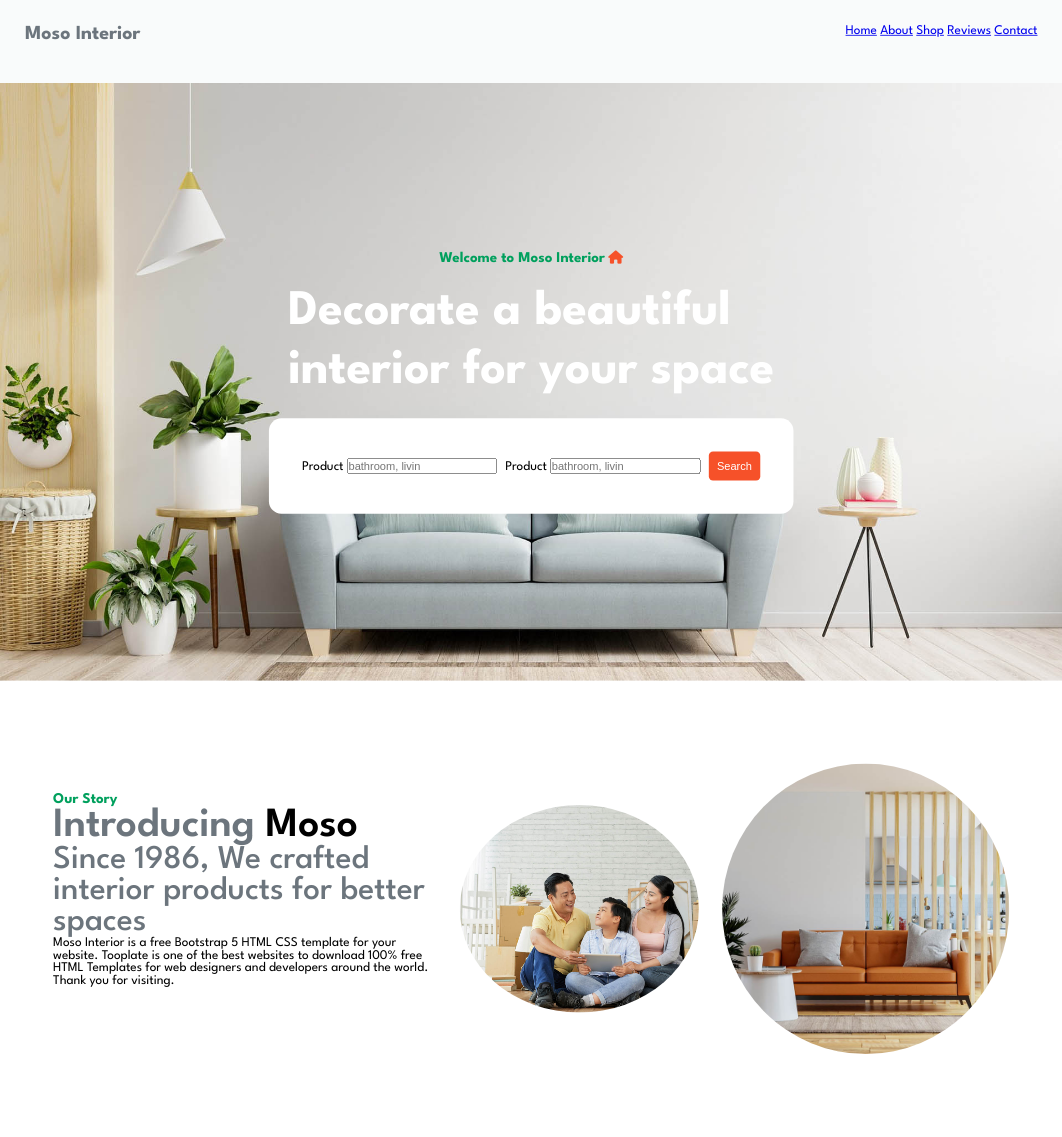
Repository: mariamnabil23/furniture
Page: index.html
An editor plug-in stored every save of this project. The page is shown before and after the next save, followed by the edit.
The browser window is 1280 px wide. The pictures show the whole page, at 83% of full size.
Some web fonts or font styles are not loaded; a fallback is used.

Above is the page before, as saved 2024-10-30 16:23:55.

After the next save:
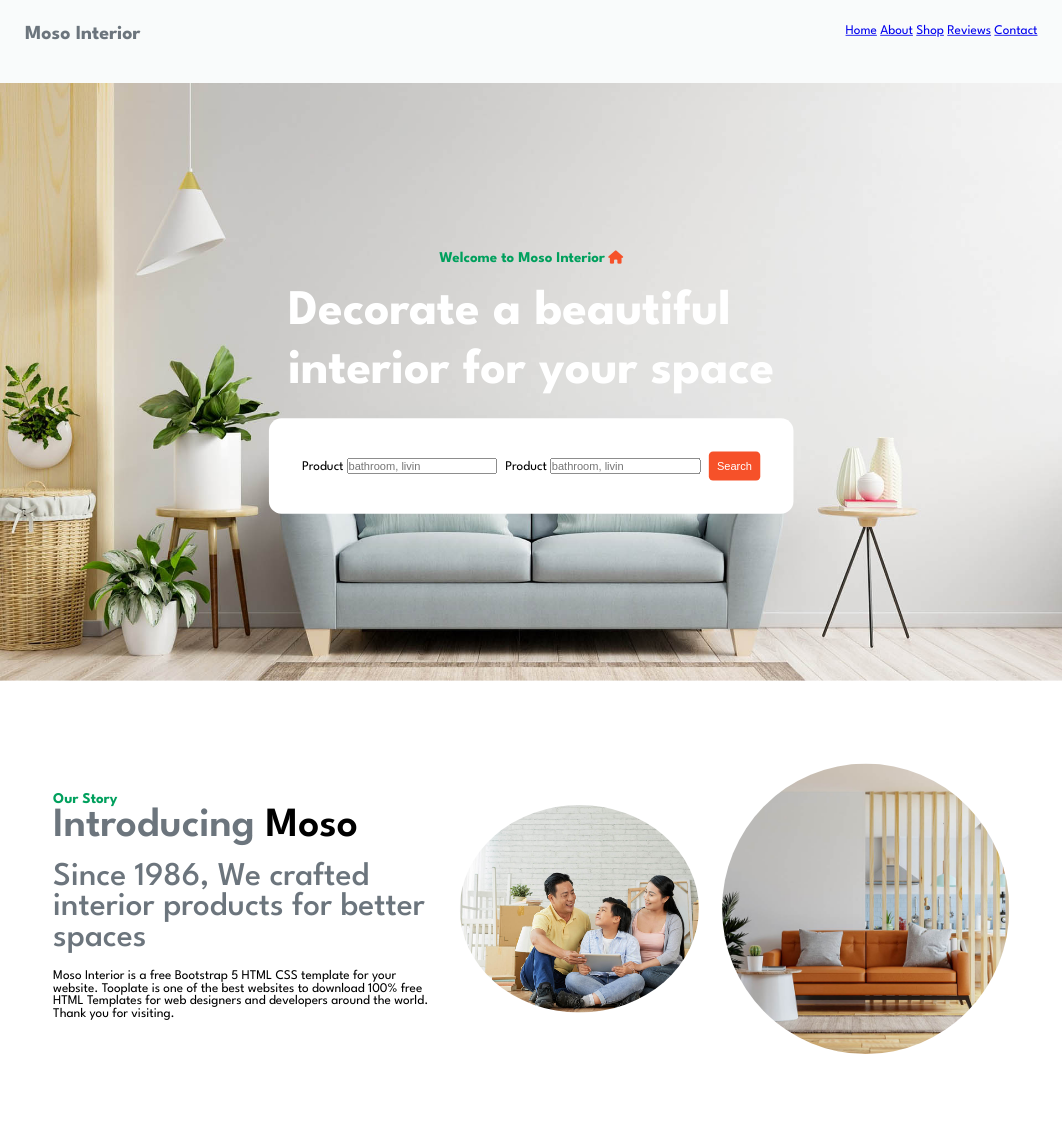
Saved 4 s later.
--- a/style.css
+++ b/style.css
@@ -138,7 +138,7 @@ ul{
 .about .left h2{
     font-size: 40px;
     font-weight: 500;
-    ma
+    margin: 20px 0;
 
 }
 .about .left span{
